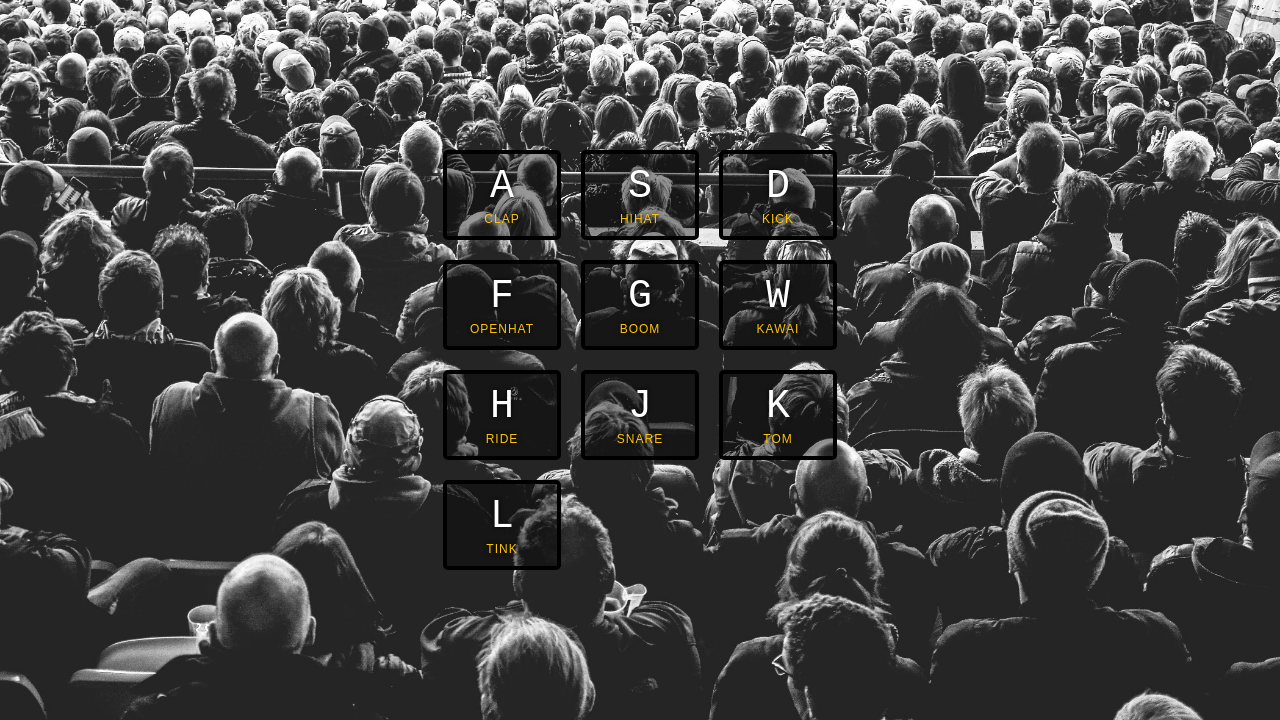
Repository: Freezler/drumkitJS
Page: index-START.html
The author's editor kept a copy of each file at every save. The page is drawn from the files as they stood at one save, then again after the next save.
The browser window is 1280 px wide. The pictures show the whole page.

Above is the page before, as saved 2024-08-23 00:29:54.

### index-START.html
<!DOCTYPE html>
<html lang="en">

<head>
  <meta charset="UTF-8">
  <title>JS Drum Kit</title>
  <link rel="stylesheet" href="style.css">
  <link rel="icon" href="https://fav.farm/🔥" />
</head>

<body>

  <main>
    <div class="keys">
      <div data-key="65" class="key">
        <kbd>A</kbd>
        <span class="sound">clap</span>
      </div>
      <div data-key="83" class="key">
        <kbd>S</kbd>
        <span class="sound">hihat</span>
      </div>
      <div data-key="68" class="key">
        <kbd>D</kbd>
        <span class="sound">kick</span>
      </div>
      <div data-key="70" class="key">
        <kbd>F</kbd>
        <span class="sound">openhat</span>
      </div>
      <div data-key="71" class="key">
        <kbd>G</kbd>
        <span class="sound">boom</span>
      </div>
      <div data-key="72" class="key">
        <kbd>H</kbd>
        <span class="sound">ride</span>
      </div>
      <div data-key="74" class="key">
        <kbd>J</kbd>
        <span class="sound">snare</span>
      </div>
      <div data-key="75" class="key">
        <kbd>K</kbd>
        <span class="sound">tom</span>
      </div>
      <div data-key="76" class="key">
        <kbd>L</kbd>
        <span class="sound">tink</span>
      </div>
      <div data-key="87" class="key">
        <kbd>W</kbd>
        <span class="sound">kawai</span>
      </div>
    </div>
  </main>

  <audio data-key="65" src="sounds/clap.wav"></audio>
  <audio data-key="83" src="sounds/hihat.wav"></audio>
  <audio data-key="68" src="sounds/kick.wav"></audio>
  <audio data-key="70" src="sounds/openhat.wav"></audio>
  <audio data-key="71" src="sounds/boom.wav"></audio>
  <audio data-key="72" src="sounds/ride.wav"></audio>
  <audio data-key="74" src="sounds/snare.wav"></audio>
  <audio data-key="75" src="sounds/tom.wav"></audio>
  <audio data-key="76" src="sounds/tink.wav"></audio>
  <audio data-key="87" src="sounds/kawai.wav"></audio>


  <script>

    window.addEventListener('keydown', function (e) {
      const audio = document.querySelector(`audio[data-key="${e.keyCode}"]`);
      const key = document.querySelector(`.key[data-key="${e.keyCode}"]`);
      key.classList.add('playing');
      if (!audio) return;
      audio.currentTime = 0;
      audio.play();

      function removeTransition(e) {
        if (e.propertyName !== 'transform') return;
        this.classList.remove('playing');
      }
      const keys = document.querySelectorAll('.key');
      keys.forEach(key => key.addEventListener('transitionend', removeTransition));

    });
  </script>


</body>

</html>

### style.css
html {
  font-size: 10px;
  background: url('./background.jpg') bottom center;
  background-size: cover;
  background-repeat: no-repeat;
  height: 100vh;
}

body,
html {
  margin: 0;
  padding: 0;
  font-family: sans-serif;
}

main {
  place-self: center;
  display: grid;
  place-items: center;
  height: 100vh;
  place-content: center;
  text-align: center;


}

.keys {
  display: grid;
  grid-row: auto;
  grid-template-columns: repeat(3, 1fr);


}

.key {
  border: .4rem solid black;
  border-radius: .5rem;
  margin: 1rem;
  font-size: 1.5rem;
  padding: 1rem .5rem;
  transition: all .07s ease;
  width: 10rem;
  text-align: center;
  color: white;
  background: rgba(0, 0, 0, 0.4);
  text-shadow: 0 0 .5rem black;

}

.key[data-key="87"] {
  place-content: center;
  grid-column: 3;
  grid-row: 2;


}

.playing {
  transform: scale(1.1);
  border-color: #ffc600;
  box-shadow: 0 0 1rem #ffc600;
}

kbd {
  display: block;
  font-size: 4rem;
}

.sound {
  font-size: 1.2rem;
  text-transform: uppercase;
  letter-spacing: .1rem;
  color: #ffc600;
}

After the next save:
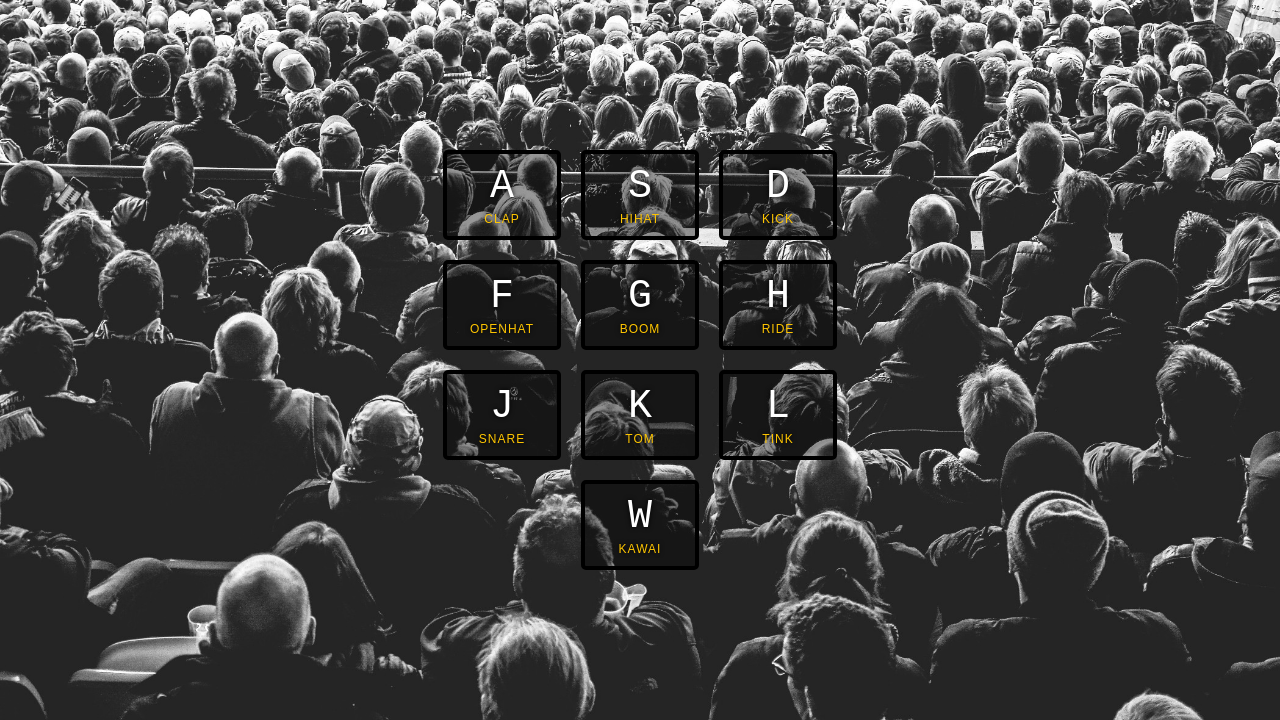
Saved 7 s later.
--- a/style.css
+++ b/style.css
@@ -49,8 +49,8 @@ main {
 
 .key[data-key="87"] {
   place-content: center;
-  grid-column: 3;
-  grid-row: 2;
+  grid-column: 2;
+  grid-row: 4;
 
 
 }
